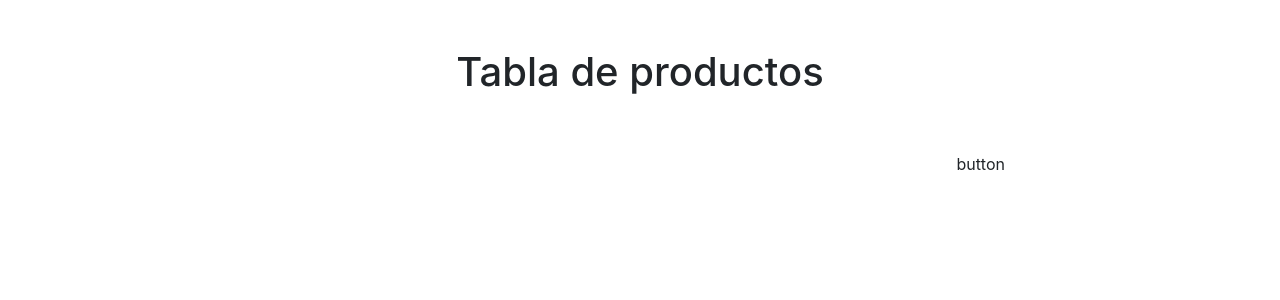
Repository: pedro-donoso/tabla-paginada
Page: index.html
These files come from the project's save history. The page is drawn as it stood at one moment and after a run of saves; the edit follows.
The browser window is 1280 px wide. The pictures show the whole page.

Above is the page before, as saved 2024-02-06 16:29:20.

After the next 2 saves:
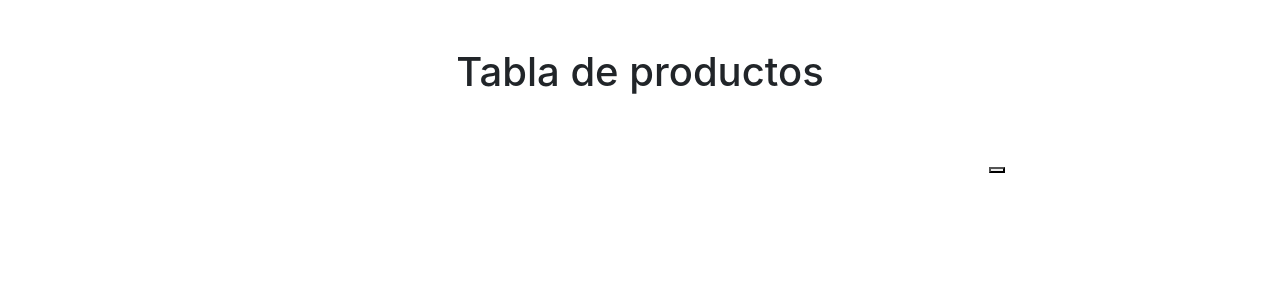
The 2 saves are shown as one change because they came seconds apart.
The last was saved 9 s later.
--- a/index.html
+++ b/index.html
@@ -26,7 +26,9 @@
                     <nav aria-label="Page navigation example">
                         <ul class="pagination">
                             <li class="page-item">
-                                button
+                                <button>
+
+                                </button>
                             </li>
                         </ul>
                     </nav>
